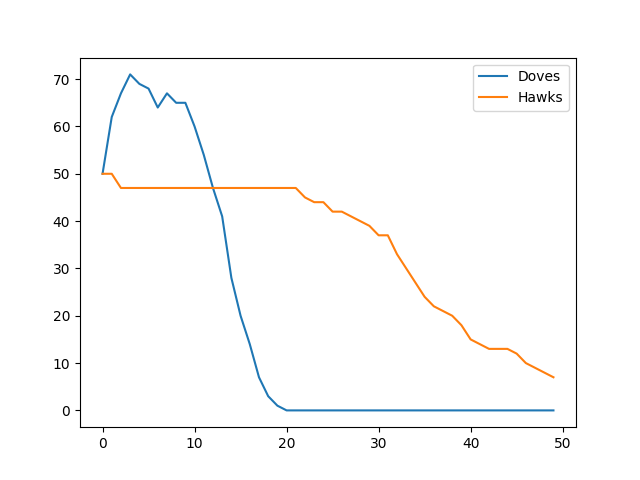
Repository: PatLaCisay/python-hawkdove-master
Script's output: python hawkdove.py
The author's editor kept a copy of each file at every save. The script's output is drawn from the files as they stood at one save, then again after the next save.
Random numbers start from a fixed seed.

Above is the script's output before, as saved 2023-03-07 15:09:41.

### hawkdove.py
#!/usr/bin/python
from random import choice, randint
from time import perf_counter
from pylab import plot, show, legend

STARTING_DOVES = 50
STARTING_HAWKS = 50
STARTING_POPULATION = STARTING_HAWKS + STARTING_DOVES

ROUNDS = 50
STARTING_ENERGY = 100

MIN_FOOD_PER_ROUND = 40
MAX_FOOD_PER_ROUND = 70

ENERGY_REQUIRED_FOR_REPRODUCTION = 35
ENERGY_LOSS_FROM_FIGHTING = 50
ENERGY = 1

ENERGY_REQUIRED_FOR_LIVING = 10

STATUS_ACTIVE = "active"
STATUS_ASLEEP = "asleep"

TYPE_HAWK = "hawk"
TYPE_DOVE = "dove"

agents = []

# Graph stuff
graph_hawk_points = []
graph_dove_points = []

# Profiling


class Agent:
	id = 0
	agent_type = None
	status = STATUS_ACTIVE
	energy = STARTING_ENERGY


def main():
	init()
	current_round = 1
	death_count = 0
	dead_hawks  = 0
	dead_doves  = 0
	breed_count = 0
	main_tic = perf_counter()

	while current_round <= ROUNDS and len(agents) > 2 :
		if(getAgentCountByType(TYPE_DOVE)+getAgentCountByType(TYPE_HAWK)>=20000):
				break

		tic = perf_counter()
		awakenAgents()

		food = getFood()
		if (current_round==1) :
			round_dead_hawks=0
			round_dead_doves=0
			round_hawk_babies=0
			round_dove_babies=0
		else:
			# This could be optimized further by creating a list every time
			# that only has active agents, so it isn't iterating over entire list every time
			while True:
				agent, nemesis = getRandomAgents()
				if agent is None or nemesis is None:
					break
				compete(agent, nemesis, food)


			round_dead_hawks, round_dead_doves = cull()
			death_count += (round_dead_hawks + round_dead_doves)

		toc = perf_counter()

		print("ROUND %d" % current_round)
		print("Food produced          : %d" % food)
		print("Population             : Hawks-> %d, Doves-> %d" % (getAgentCountByType(TYPE_HAWK), getAgentCountByType(TYPE_DOVE)))
		print("Dead hawks             : %d" % round_dead_hawks)
		print("Dead doves             : %d" % round_dead_doves)
		print("Hawk babies            : %s" % round_hawk_babies)
		print("Dove babies            : %s" % round_dove_babies)
		print("Hawks                  : %s" % getPercByType(TYPE_HAWK))
		print("Doves                  : %s" % getPercByType(TYPE_DOVE))
		print("----")
		print("Round Processing time  : %s" % getTimeFormatted(toc - tic))
		print("Elapsed time           : %s\n" % getTimeFormatted(perf_counter() - main_tic))

		# Plot
		graph_hawk_points.append(getAgentCountByType(TYPE_HAWK))
		graph_dove_points.append(getAgentCountByType(TYPE_DOVE))

		current_round += 1


	main_toc = perf_counter()

	print("=============================================================")
	print("Total dead agents      : %d" % death_count)
	print("Total breeding agents  : %d" % breed_count)
	print("Total rounds completed : %d" % (current_round - 1))
	print("Total population size  : %s" % len(agents))
	print("Hawks                  : %s" % getPercByType(TYPE_HAWK))
	print("Doves                  : %s" % getPercByType(TYPE_DOVE))
	print("Processing time        : %s" % getTimeFormatted(main_toc - main_tic))
	print("=============================================================")


def init():

	for x in range(0,STARTING_DOVES):
		a = Agent()
		a.agent_type = TYPE_DOVE
		agents.append(a)

	for x2 in range(0,STARTING_HAWKS):
		a2 = Agent()
		a2.agent_type = TYPE_HAWK
		agents.append(a2)


def getAvgFromList(list):
	return float( sum(list) / len(list) )


def getTimeFormatted(seconds):
	m, s = divmod(seconds, 60)
	return "%02d:%02d" % (m, s)


def getFood():
	return randint(MIN_FOOD_PER_ROUND, MAX_FOOD_PER_ROUND)


def getPercByType(agent_type):
	perc = float(getAgentCountByType(agent_type)) / float(len(agents))
	return '{percent:.2%}'.format(percent=perc)


def getAliveAgentsCount():
	return getAgentCountByStatus(STATUS_ACTIVE) + getAgentCountByStatus(STATUS_ASLEEP)


def getRandomAgents():
	nemesis = None
	active_agents = list(generateAgentsByStatus(STATUS_ACTIVE))
	if len(active_agents) < 2:
		return None, None
	max_index = len(active_agents) - 1
	agent = active_agents[ randint(0, max_index) ]
	while nemesis is None:
		n = active_agents[ randint(0, max_index) ]
		if n is not agent:
			nemesis = n

	return agent, nemesis


def awakenAgents():
	for agent in agents:
		agent.status = STATUS_ACTIVE


def generateAgentsByType(agent_type):
	for agent in agents:
		if agent.agent_type == agent_type:
			yield agent


def generateAgentsByStatus(status):
	for agent in agents:
		if agent.status == status:
			yield agent


def getEnergyFromFood(food):
	return food # 1 to 1


def getAgentCountByStatus(status):
	count = len( list(generateAgentsByStatus(status)) )
	return count


def getAgentCountByType(agent_type):
	return len( list(generateAgentsByType(agent_type)) )


def compete(agent, nemesis, food):
	winner = choice([agent, nemesis])
	loser = agent if (winner is nemesis) else nemesis
	if agent.agent_type == TYPE_HAWK and nemesis.agent_type == TYPE_HAWK:
		if (getAgentCountByType(TYPE_HAWK)/(getAgentCountByType(TYPE_HAWK)+getAgentCountByType(TYPE_DOVE))) > 0.28:
			winner.energy += getEnergyFromFood(food) - ENERGY_LOSS_FROM_FIGHTING
			loser.energy  -= ENERGY_LOSS_FROM_FIGHTING
		else :
			winner.energy -= ENERGY
			loser.energy -= ENERGY
			breed(winner)

	if agent.agent_type == TYPE_HAWK and nemesis.agent_type == TYPE_DOVE:
		agent.energy += getEnergyFromFood(food) - ENERGY
		nemesis.energy -= ENERGY_LOSS_FROM_FIGHTING

	if agent.agent_type == TYPE_DOVE and nemesis.agent_type == TYPE_HAWK:
		nemesis.energy += getEnergyFromFood(food) - ENERGY
		agent.energy -= ENERGY_LOSS_FROM_FIGHTING

	if agent.agent_type == TYPE_DOVE and nemesis.agent_type == TYPE_DOVE:
		agent.energy += getEnergyFromFood(food)/2 - ENERGY
		nemesis.energy += getEnergyFromFood(food)/2 - ENERGY
		breed(winner)

	nemesis.status = agent.status = STATUS_ASLEEP


def getNewAgent(agent_type, starting_energy=STARTING_ENERGY, status=STATUS_ASLEEP):
	agent = Agent()
	agent.agent_type = agent_type
	agent.status = status
	agent.energy = starting_energy
	return agent


def breed(agent):
		if agent.energy > ENERGY_REQUIRED_FOR_REPRODUCTION:
			agent.energy /= 2

			if agent.agent_type == TYPE_DOVE:
				baby_agent = getNewAgent(agent.agent_type, (agent.energy/2))
				agents.append(baby_agent)

			if (agent.agent_type == TYPE_HAWK):
				baby_agent = getNewAgent(agent.agent_type, (agent.energy/2))
				agents.append(baby_agent)



"""
def count_breeds():

	hawk_babies = 0
	dove_babies = 0
	for agent in agents:
		if agent.energy > ENERGY_REQUIRED_FOR_REPRODUCTION:
			baby_agent_a = getNewAgent(agent.agent_type, (agent.energy/2))
			baby_agent_b = getNewAgent(agent.agent_type, (agent.energy/2))

			agents.append(baby_agent_b)
			agents.append(baby_agent_a)

			agent.energy /= 2

			if agent.agent_type == TYPE_DOVE: dove_babies += 4
			if (agent.agent_type == TYPE_HAWK):

				if randint(0,100)==1 :
					hawk_babies += 1


	return hawk_babies, dove_babies
"""
def cull():

	dead_hawks = 0
	dead_doves = 0
	for index, agent in enumerate(agents):
		if agent.energy < ENERGY_REQUIRED_FOR_LIVING:
			if agent.agent_type == TYPE_DOVE: dead_doves += 1
			if agent.agent_type == TYPE_HAWK: dead_hawks += 1
			del agents[index]


	return dead_hawks, dead_doves


main()
plot(graph_dove_points, label="Doves")
plot(graph_hawk_points, label="Hawks")
legend()

show()

After the next save:
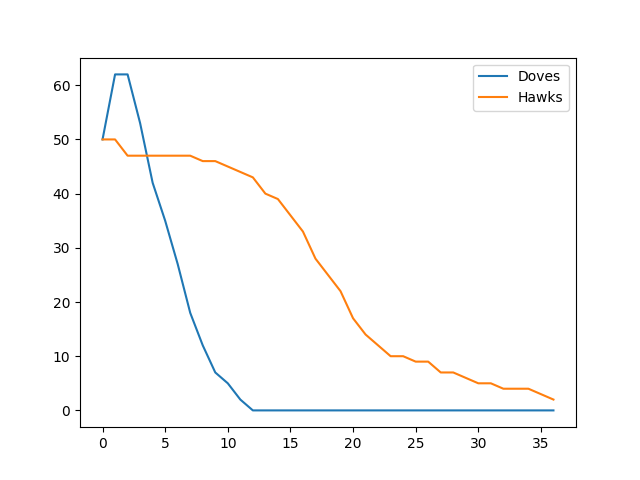
Saved 26 s later.
--- a/hawkdove.py
+++ b/hawkdove.py
@@ -13,11 +13,11 @@ STARTING_ENERGY = 100
 MIN_FOOD_PER_ROUND = 40
 MAX_FOOD_PER_ROUND = 70
 
-ENERGY_REQUIRED_FOR_REPRODUCTION = 35
+ENERGY_REQUIRED_FOR_REPRODUCTION = 40
 ENERGY_LOSS_FROM_FIGHTING = 50
-ENERGY = 1
-
-ENERGY_REQUIRED_FOR_LIVING = 10
+ENERGY = 0
+
+ENERGY_REQUIRED_FOR_LIVING = 20
 
 STATUS_ACTIVE = "active"
 STATUS_ASLEEP = "asleep"
